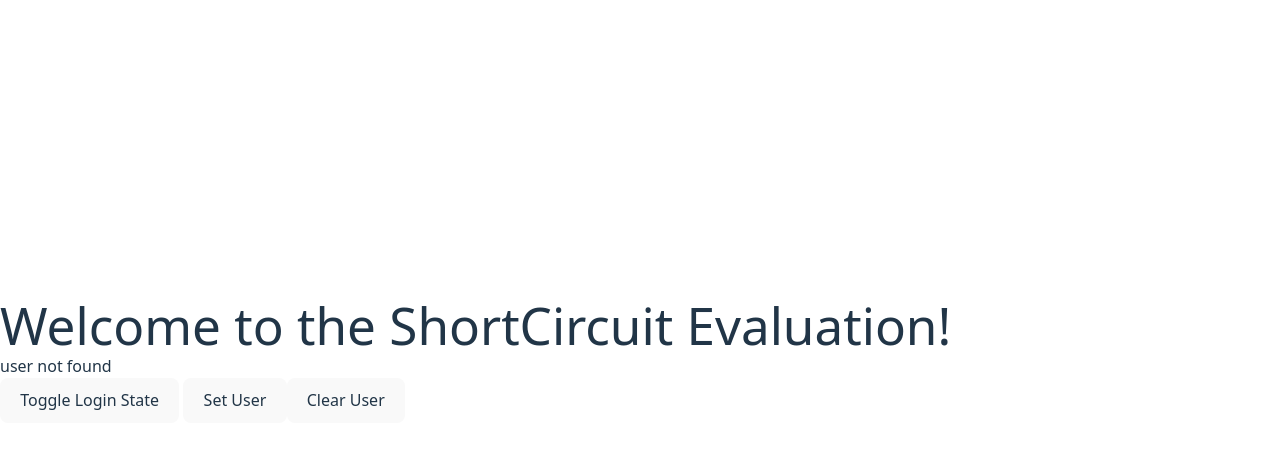
Repository: rushikesh-kolpe21/React_lectures
Page: / (app in React_bun/)
These files come from the project's save history. The page is drawn as it stood at one moment and after the next save; the edit follows.
The browser window is 1280 px wide. The pictures show the whole page.
The project was rebuilt for these pictures with package versions that can differ from the ones it lists, and the page was loaded fresh each time. Also part of the build but not shown: React_bun/vite.config.js, React_bun/src/components/DericedState.jsx, React_bun/src/components/EventProps.jsx, React_bun/src/components/SeriesCards.jsx, React_bun/src/components/Netflix.jsx, React_bun/src/components/Profile.jsx, React_bun/src/components/ToogleSwitch.jsx, React_bun/src/projects/Todo/TodoForm.jsx and 3 more.

Above is the page before, as saved 2025-12-07 08:22:58.

After the next save:
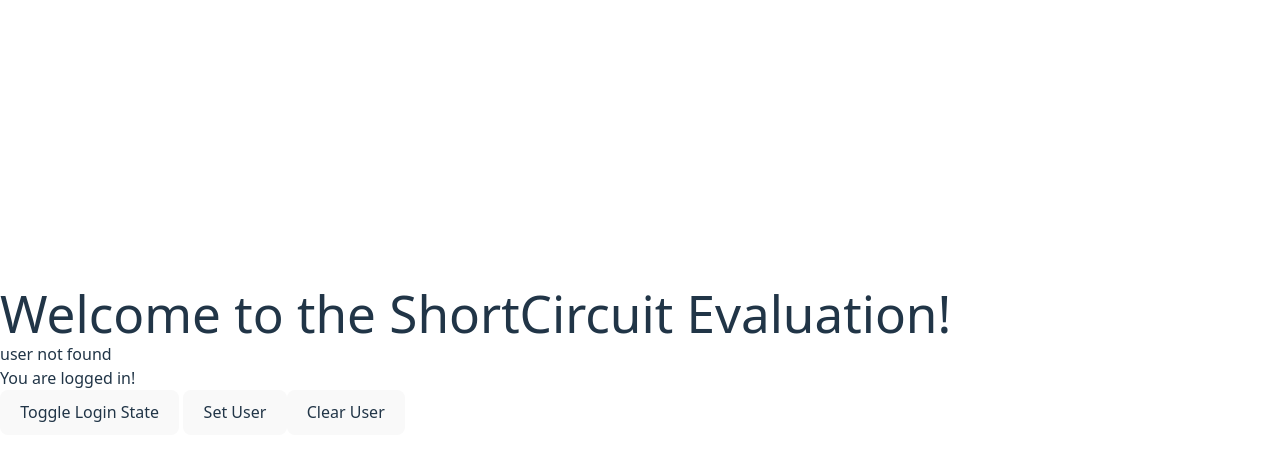
Saved 3 min 16 s later.
--- a/React_bun/src/components/ShortCircuit.jsx
+++ b/React_bun/src/components/ShortCircuit.jsx
@@ -15,7 +15,7 @@
 
       {/* Another example of short circuit evaluation */}
       {user || <p>user not found</p>}
-      {user && <p>{user}is login user</p>}
+      {user ? `${user} is login user `: "You are logged in!" }
 
       <div className="grid-three-cols">
         <button onClick={()=>setLoggedIn(!isLoggedIn)}>Toggle Login State</button> { /* this above only making true or false statement */}

After the save that followed:
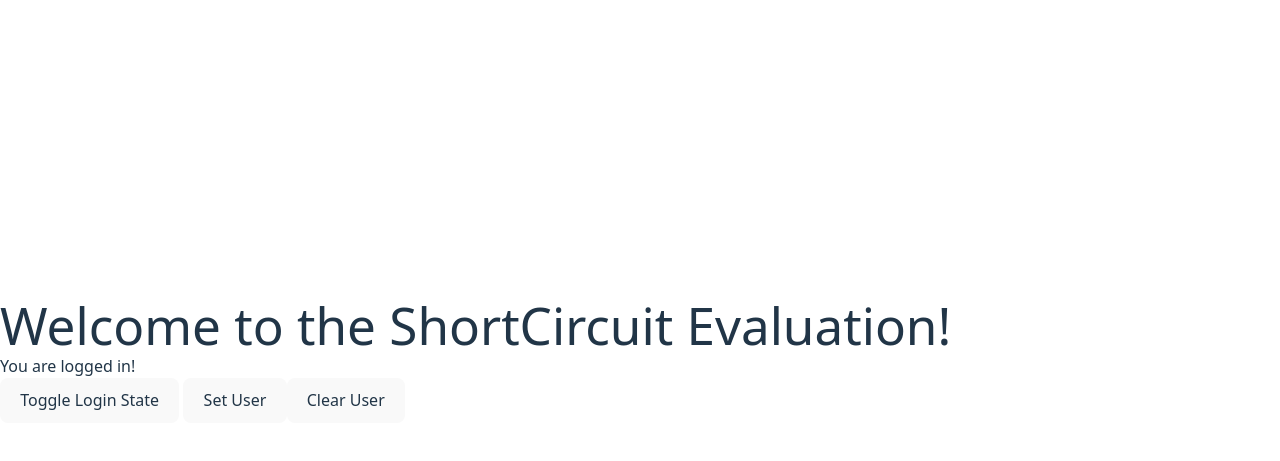
Saved 15 s later.
--- a/React_bun/src/components/ShortCircuit.jsx
+++ b/React_bun/src/components/ShortCircuit.jsx
@@ -14,7 +14,7 @@
     { isLoggedIn && <p>You are logged in!</p>}
 
       {/* Another example of short circuit evaluation */}
-      {user || <p>user not found</p>}
+      {/* {user || <p>user not found</p>} */}
       {user ? `${user} is login user `: "You are logged in!" }
 
       <div className="grid-three-cols">
